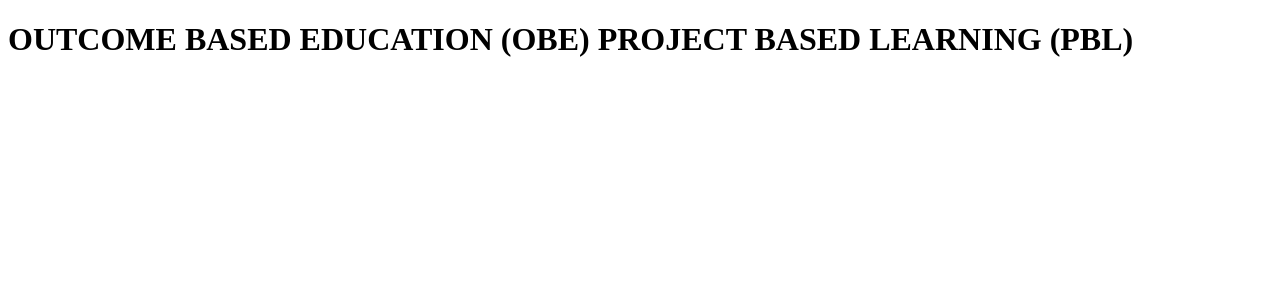
Repository: kenyi-mic/ugv-celender-ui
Page: /
These files come from the project's save history. The page is drawn as it stood at one moment and after the next save; the edit follows.
The browser window is 1280 px wide. The pictures show the whole page.
The project was rebuilt for these pictures with package versions that can differ from the ones it lists, and the page was loaded fresh each time.

Above is the page before, as saved 2021-06-28 16:46:36.

After the next save:
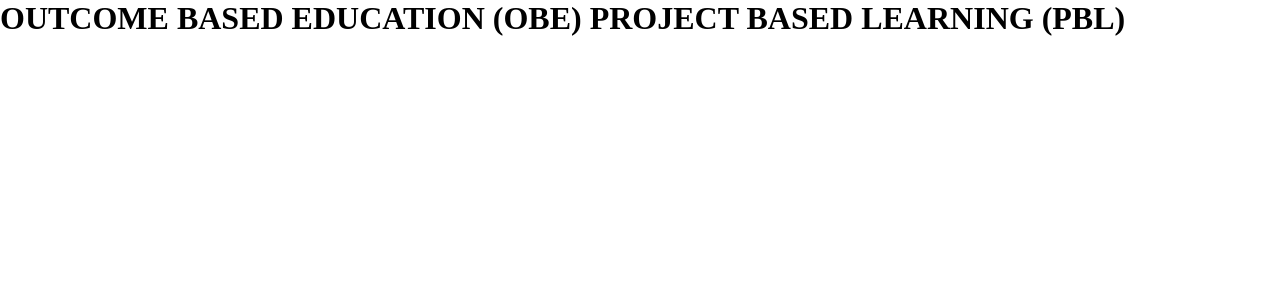
Saved 39 s later.
--- a/src/components/Header.js
+++ b/src/components/Header.js
@@ -1,4 +1,5 @@
 import React from "react";
+import "./Header.css";
 
 function Header() {
   const header = "Outcome based education (obe) Project based learning (PBL)";
